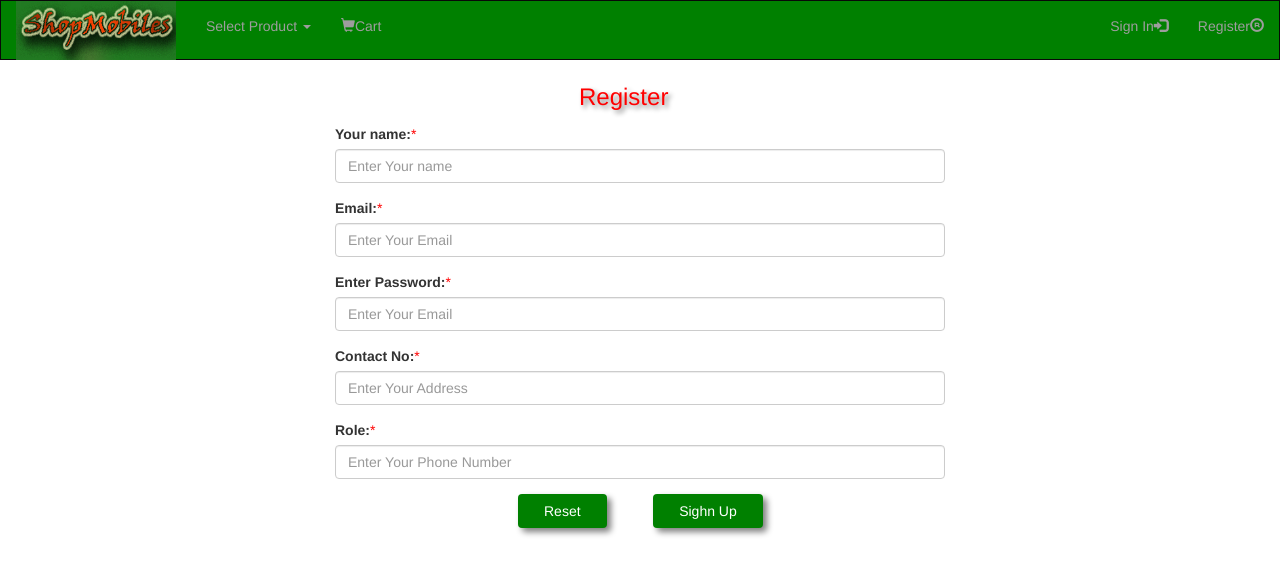
Repository: KoustabhBiswas/Final-Ecommerce-Project
Page: http://localhost/ecommerce1/WEB-INF/views/register.jsp
An editor plug-in stored every save of this project. The page is shown before and after the next save, followed by the edit.
The browser window is 1280 px wide. The pictures show the whole page.
Some web libraries are served in a nearby version. The page is served by Tomcat 9. Nobody is signed in. Other server files are loaded and not shown. The template is opened directly, without the code that normally fills it, so the values that code supplies are empty.

Above is the page before, as saved 2017-09-17 12:45:53.

### Final Ecommerce Project/Ecommerce_Project-master/project/ecommerce1/src/main/webapp/WEB-INF/views/register.jsp
<%@ page language="java" contentType="text/html; charset=ISO-8859-1"
    pageEncoding="ISO-8859-1"%>
    <%@ taglib uri="http://www.springframework.org/tags/form" prefix="form" %>
<!DOCTYPE html PUBLIC "-//W3C//DTD HTML 4.01 Transitional//EN" "http://www.w3.org/TR/html4/loose.dtd">
<html>
<head>
<meta http-equiv="Content-Type" content="text/html; charset=ISO-8859-1">
<title>Insert title here</title>
<link rel="stylesheet"
	href="https://cdnjs.cloudflare.com/ajax/libs/font-awesome/4.7.0/css/font-awesome.min.css">

<link rel="stylesheet"
	href="https://maxcdn.bootstrapcdn.com/bootstrap/3.3.7/css/bootstrap.min.css">
<script
	src="https://ajax.googleapis.com/ajax/libs/jquery/3.2.1/jquery.min.js"></script>
<script
	src="https://maxcdn.bootstrapcdn.com/bootstrap/3.3.7/js/bootstrap.min.js"></script>
<style>
.btn{
	box-shadow:4px 4px 6px grey;
	margin-right: 10%;
	padding-right: 25px;
	padding-left: 25px;
	background-color: green;
	color: white;
}
.btn:hover{
	box-shadow:2px 2px 4px grey;
	background-color: blue;
}
</style>
</head>
<body>
<div class="container-fluid">
	<%@ include file="shared/navbar.jsp" %>
	<div class="row" >

  		<div class="col-md-6" style="margin-left: 25%; ">
  				<div><p style="color: red; margin-left: 40%; font-size: 24px; text-shadow: 3px 3px 5px grey; ">Register</p></div>

  			<form:form action="userSubmit" modelAttribute="registration" method="post" class="form-group">
  				<div class="form-group">
  				<form:input type="hidden" path="userId" />
  					<form:label path="userName">Your name:</form:label><span style="color: red">*</span>
  					<form:input type="text" name="uname" path="userName" class="form-control" placeholder="Enter Your name" />
  				</div>

  				<div class="form-group">
  					<form:label path="emailId">Email:</form:label><span style="color: red">*</span>
  					<form:input type="text" path="emailId" class="form-control" placeholder="Enter Your Email" />
  				</div>
				<div class="form-group">
  					<form:label path="password">Enter Password:</form:label><span style="color: red">*</span>
  					<form:input type="password" path="password" class="form-control" placeholder="Enter Your Email" />
  				</div>

  				<div class="form-group">
  					<form:label path="contactNo">Contact No:</form:label><span style="color: red">*</span>
  					<form:input type="text" path="contactNo" class="form-control" placeholder="Enter Your Address" />
  				</div>

  				<div class="form-group">
  					<form:label path="role">Role:</form:label><span style="color: red">*</span>
  					<form:input type="text" path="role" class="form-control" placeholder="Enter Your Phone Number" />
  				</div>



  				<div style="margin-left: 30% ">
  					<input type="reset" value="Reset" class="btn" style="">

  					<input type="submit" value="Sighn Up" class="btn" style="  padding-right: 25px; padding-left: 25px;">
  				</div>

  			</form:form>

  		</div>

  	</div>
  	</div>
</body>
</html>

### Final Ecommerce Project/Ecommerce_Project-master/project/ecommerce1/src/main/webapp/WEB-INF/views/shared/navbar.jsp
<%@ page language="java" contentType="text/html; charset=ISO-8859-1"
	pageEncoding="ISO-8859-1" isELIgnored="false"%>
<%@ taglib uri="http://www.springframework.org/security/tags"
	prefix="sec"%>
<%@ taglib uri="http://java.sun.com/jsp/jstl/core" prefix="c"%>

<style>
nav {
	background-color: #1b6d85;
}
</style>

<div class="row" style="border-bottom-style: none;">
	<nav class="navbar navbar-inverse"
		style="background-color: green; border-radius: 0px; color: white; height:60px">
		<div class="container-fluid">
			<div class="navbar-header" >
				<a class="navbar-brand" href="home" style=" height:59px"><img
					src="<c:url value="/resources/images/final.jpg" />" height=59px width=160px style="margin-top:-9.5%"></a>
			</div>
			<ul class="nav navbar-nav">

				<li class="dropdown"><a class="dropdown-toggle"
					data-toggle="dropdown" href="#">Select Product <span
						class="caret"></span></a>
					<ul class="dropdown-menu">
						<li><a href="${pageContext.request.contextPath}/samsung">Samsung</a></li>
						<li><a href="${pageContext.request.contextPath}">Nokia</a></li>
						<li><a href="#">HTC</a></li>
					</ul></li>

				<li><a href="/ecommerce1/user/view/cart"><span
						class="glyphicon glyphicon-shopping-cart"></span>Cart</a></li>

			</ul>
			<ul class="nav navbar-nav navbar-right">
				<sec:authorize access="hasAuthority('Admin')">
					<li class="dropdown"><a class="dropdown-toggle"
						data-toggle="dropdown" href="#">Admin <span class="caret"></span></a>
						<ul class="dropdown-menu">
							<li><a href="admin/product">Product</a></li>
							<li><a href="admin/supplier">Supplier</a></li>

						</ul></li>
				</sec:authorize>
				<sec:authorize access="isAnonymous()">
					<li><a href="login">Sign In<span
							class="glyphicon glyphicon-log-in"></span></a></li>
				</sec:authorize>
				<sec:authorize access="isAuthenticated()">
					<li><a href="/ecommerce1/logout">LOGOUT</a><span>${name}</span></li>
				</sec:authorize>
				<li><a href="registerpage">Register<span
						class="glyphicon glyphicon-registration-mark"></span></a>${username}</li>
			</ul>
		</div>
	</nav>
</div>

After the next save:
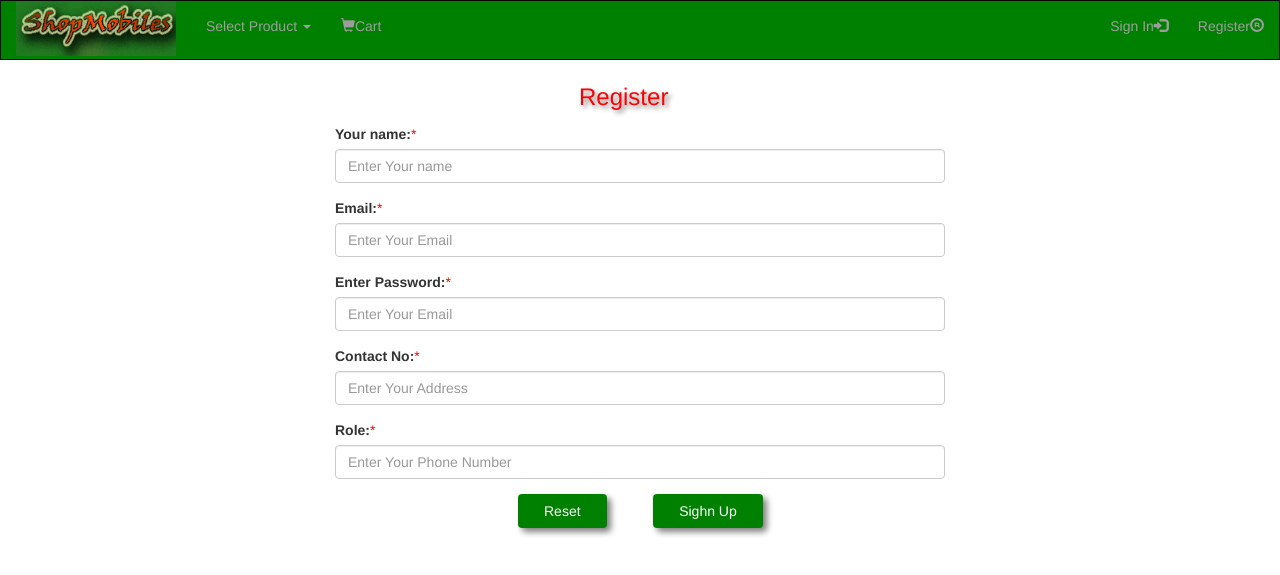
Saved 20 s later.
--- a/Final Ecommerce Project/Ecommerce_Project-master/project/ecommerce1/src/main/webapp/WEB-INF/views/shared/navbar.jsp
+++ b/Final Ecommerce Project/Ecommerce_Project-master/project/ecommerce1/src/main/webapp/WEB-INF/views/shared/navbar.jsp
@@ -16,7 +16,7 @@ nav {
 		<div class="container-fluid">
 			<div class="navbar-header" >
 				<a class="navbar-brand" href="home" style=" height:59px"><img
-					src="<c:url value="/resources/images/final.jpg" />" height=59px width=160px style="margin-top:-9.5%"></a>
+					src="<c:url value="/resources/images/final.jpg" />" height=55px width=160px style="margin-top:-9.5%"></a>
 			</div>
 			<ul class="nav navbar-nav">
 
